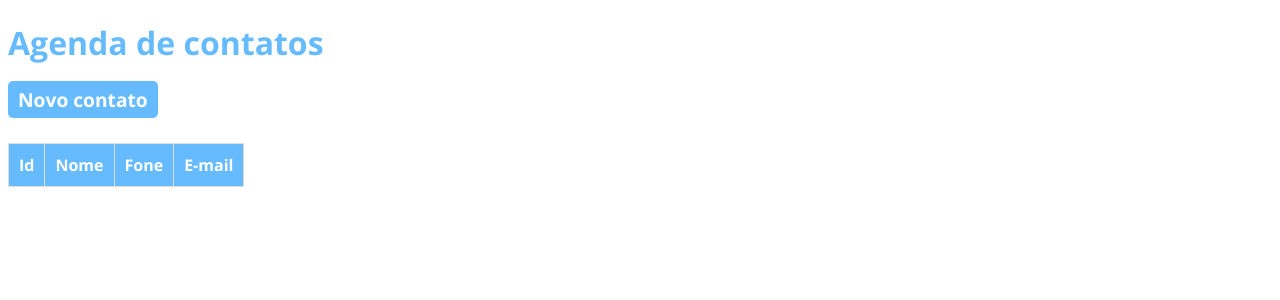
Repository: sergiotales1/agendactt-java
Page: http://localhost/agenda/main
An editor plug-in stored every save of this project. The page is shown before and after the next save, followed by the edit.
The browser window is 1280 px wide. The pictures show the whole page.
The page is served by Tomcat 9. Queries for data that is not in the repository find no rows.

Above is the page before, as saved 2023-11-26 16:03:04.

After the next save:
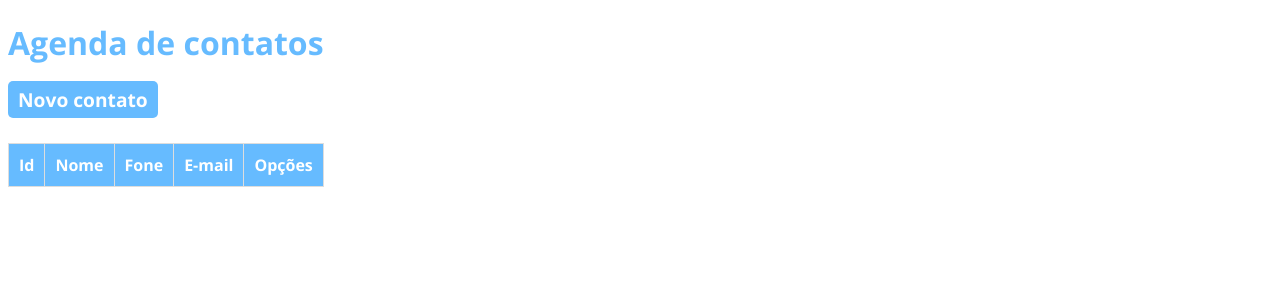
Saved 4 h 44 min later.
--- a/agenda/src/main/webapp/agenda.jsp
+++ b/agenda/src/main/webapp/agenda.jsp
@@ -24,6 +24,7 @@
 				<th>Nome</th>
 				<th>Fone</th>
 				<th>E-mail</th>
+				<th>Opções</th>
 			</tr>
 		</thead>
 		<tbody>
@@ -33,6 +34,7 @@
 					<td><%=lista.get(i).getNome() %></td>
 					<td><%=lista.get(i).getFone() %></td>
 					<td><%=lista.get(i).getEmail() %></td>
+					<td><a href="" class="Botao1">Editar</a></td>
 				</tr>
 			<%} %>
 		</tbody>
